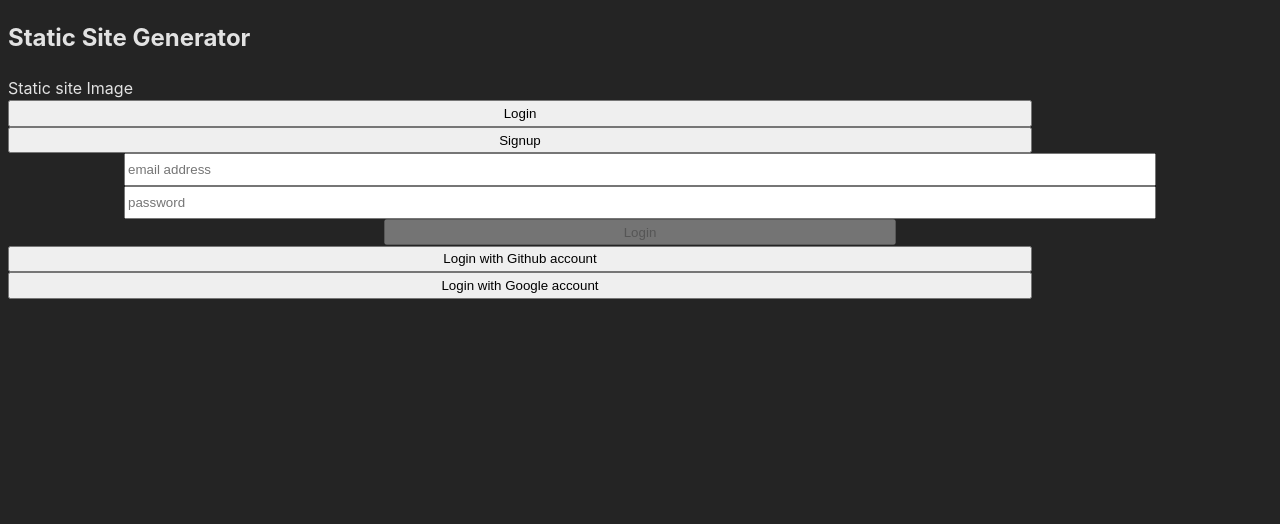
Repository: ValGrace/static-site-generator
Page: / (app in client-frontend/)
The author's editor kept a copy of each file at every save. The page is drawn from the files as they stood at one save, then again after the next save.
The browser window is 1280 px wide. The pictures show the whole page.
The project was rebuilt for these pictures with package versions that can differ from the ones it lists, and the page was loaded fresh each time. Also part of the build but not shown: client-frontend/vite.config.js, client-frontend/src/Components/Signup.jsx, client-frontend/src/App.css.

Above is the page before, as saved 2023-02-04 12:36:16.

After the next save:
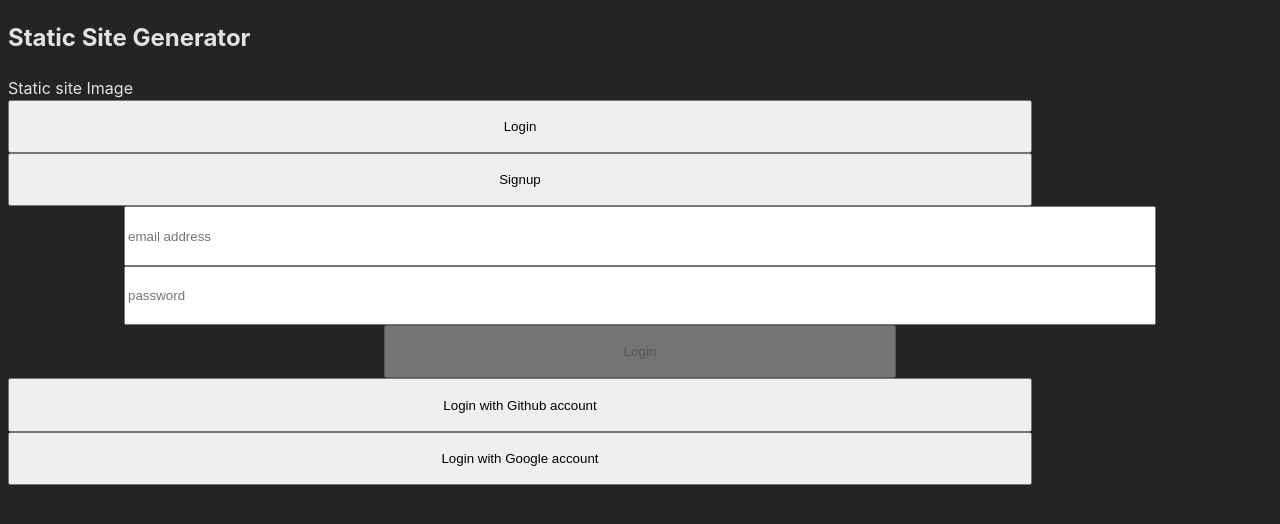
Saved 31 s later.
--- a/client-frontend/src/Components/Inputs.css
+++ b/client-frontend/src/Components/Inputs.css
@@ -6,7 +6,7 @@
 }
 input, button {
     width: 80vw;
-    height: 2em;
+    height: 4em;
 }
 
 #sign {
